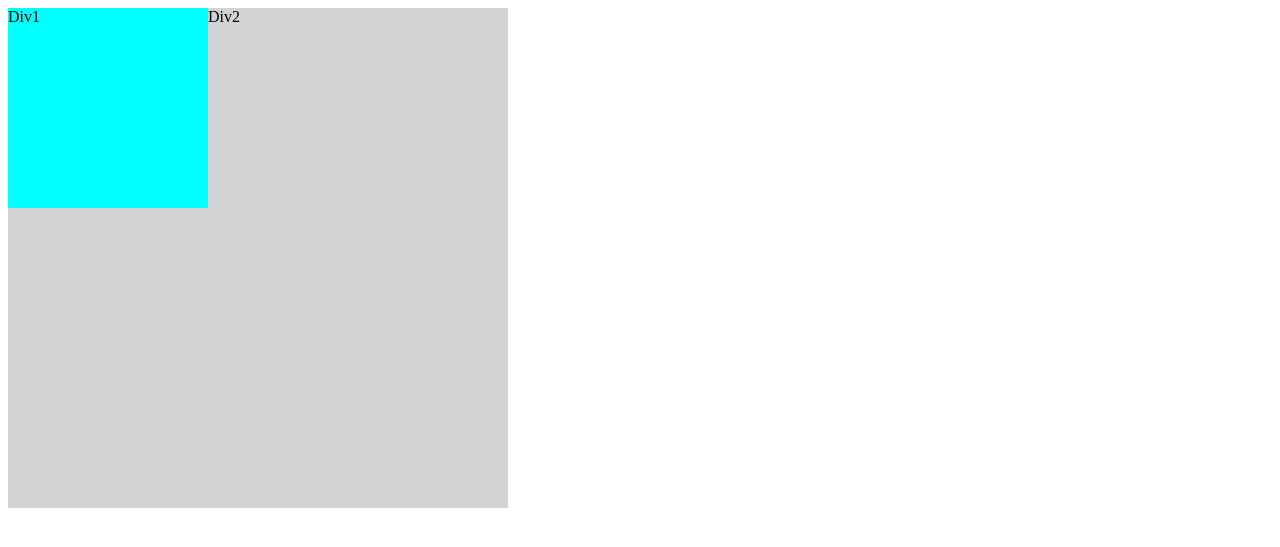
Repository: Sayan-100/Javascript
Page: Flex grow and shrink/index.html
These files come from the project's save history. The page is drawn as it stood at one moment and after the next save; the edit follows.
The browser window is 1280 px wide. The pictures show the whole page.

Above is the page before, as saved 2021-12-31 14:55:42.

After the next save:
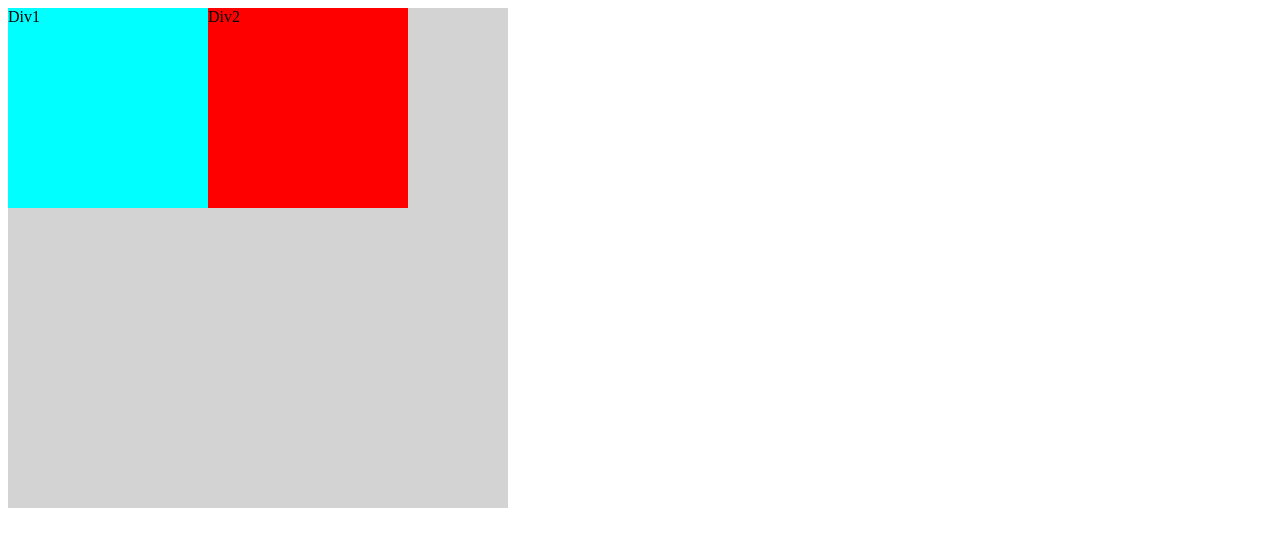
Saved 14 s later.
--- a/Flex grow and shrink/style.css
+++ b/Flex grow and shrink/style.css
@@ -53,3 +53,7 @@
 #div1 {
     background-color: cyan;
 }
+
+#div2 {
+    background-color: red;
+}
